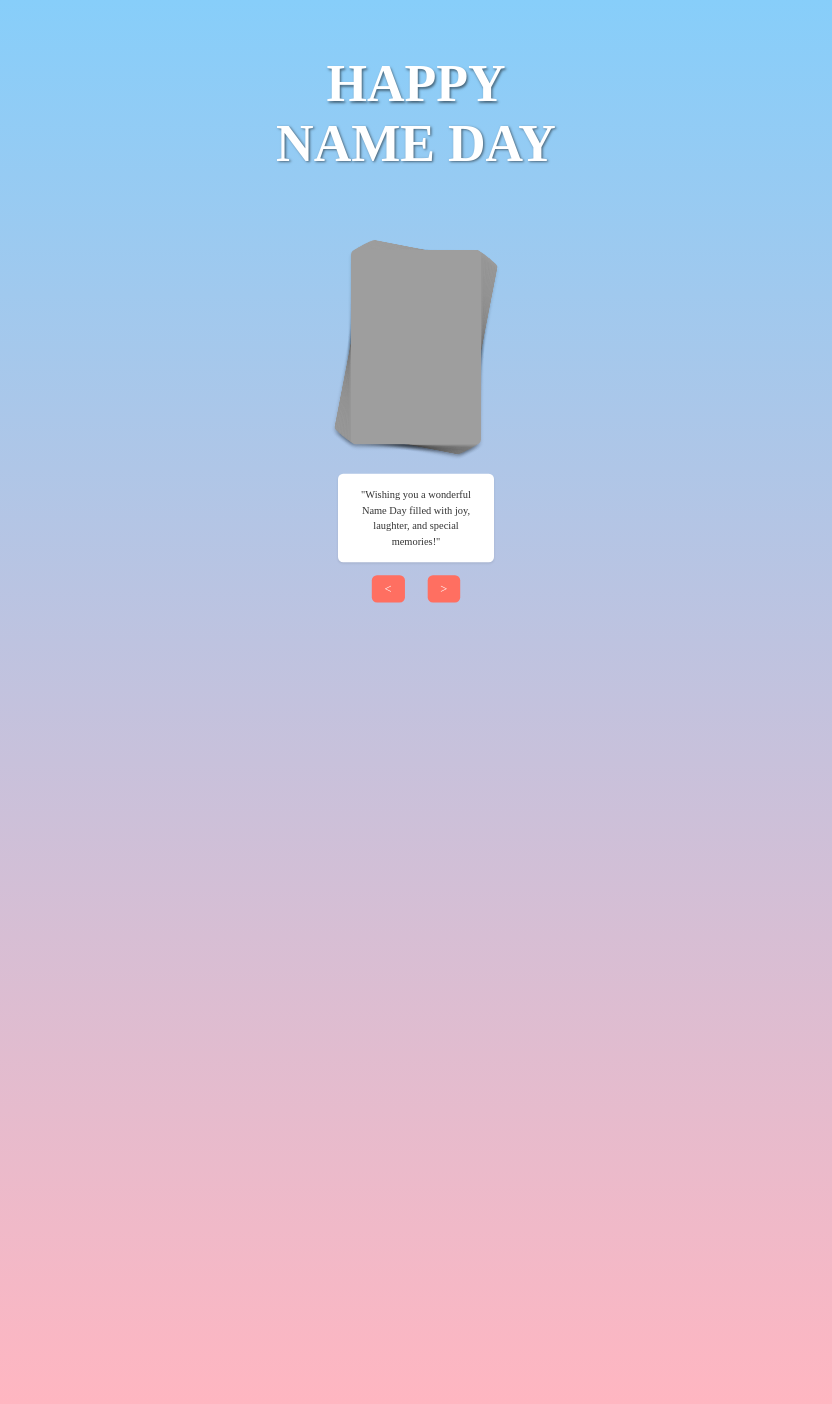
Repository: naps00/BIRTHDAY
Page: /details
These files come from the project's save history. The page is drawn as it stood at one moment and after the next save; the edit follows.
The browser window is 1280 px wide. The pictures show the whole page, at 65% of full size.
Pictures or frames that could not be fetched are drawn as grey boxes. The project was rebuilt for these pictures with package versions that can differ from the ones it lists, and the page was loaded fresh each time.

Above is the page before, as saved 2024-12-12 19:50:26.

After the next save:
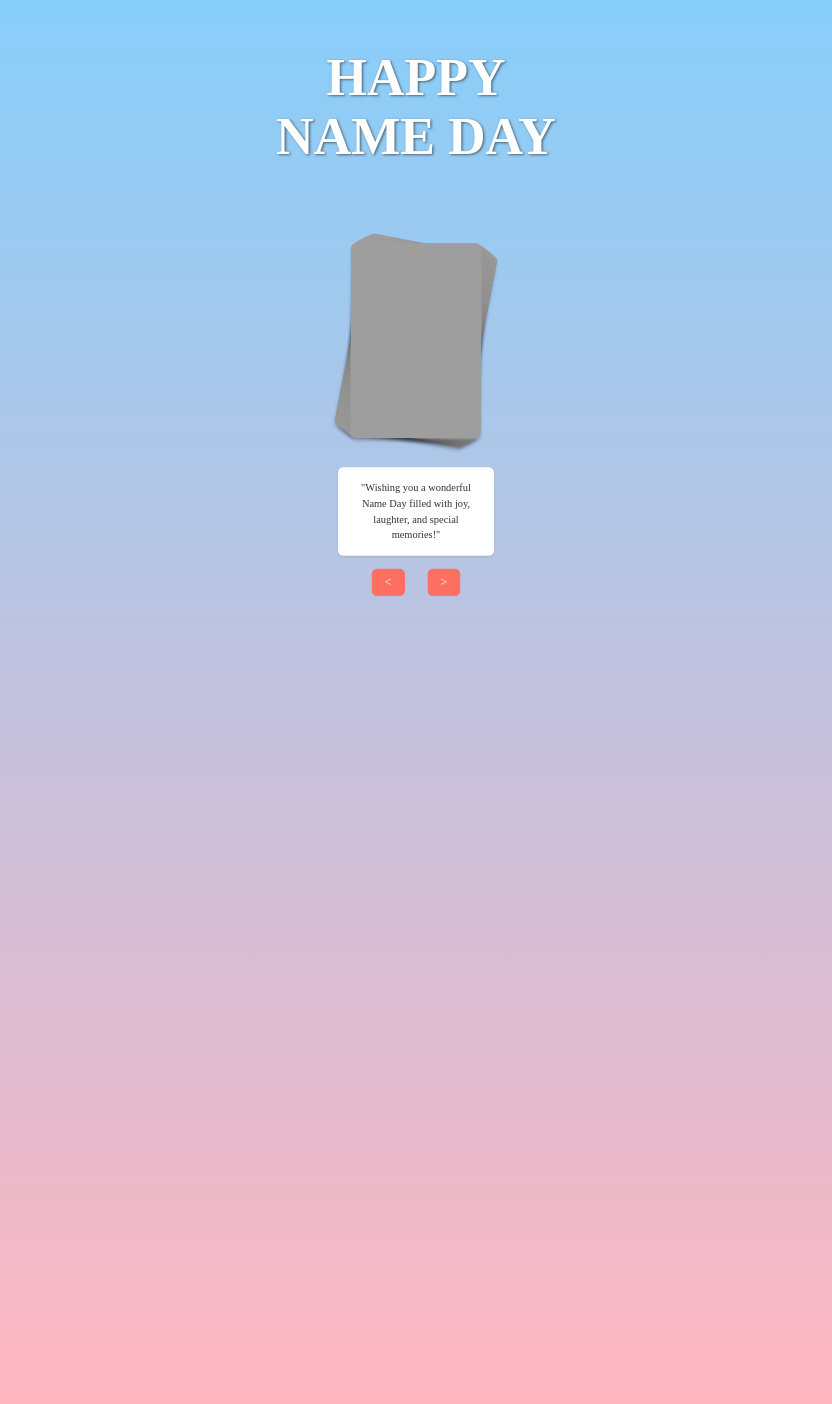
Saved 8 s later.
--- a/src/details.css
+++ b/src/details.css
@@ -22,7 +22,6 @@
 }
 .header-text {
   text-align: center;
-  margin-top: 10px;
   color: white;
   text-shadow: 2px 2px 4px rgba(0, 0, 0, 0.5);
   font-size: 2.5rem;
